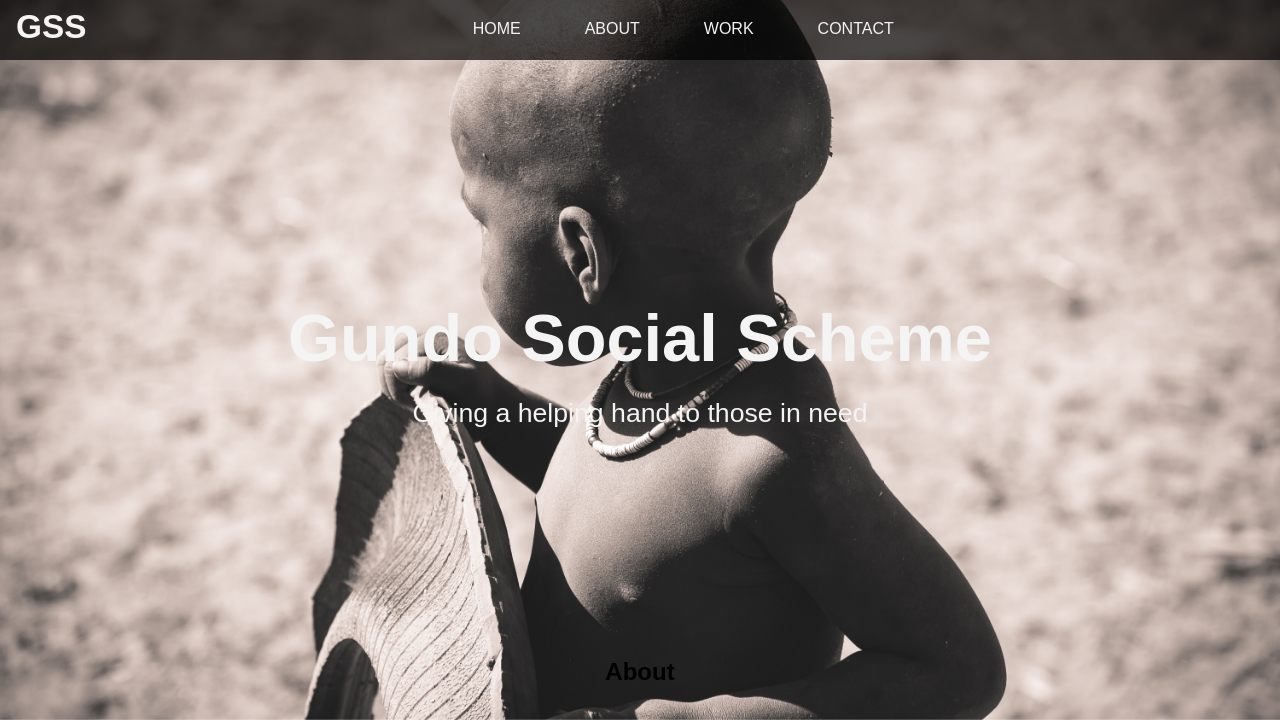
Repository: blessingNtoko/gss-basic_website
Page: index.html
An editor plug-in stored every save of this project. The page is shown before and after the next save, followed by the edit.
The browser window is 1280 px wide. The pictures show the whole page.
An inner scrolling area shows only its first screen.

Above is the page before, as saved 2020-05-13 17:54:12.

### index.html
<!DOCTYPE html>
<html lang="en">

<head>
    <meta charset="UTF-8">
    <meta name="viewport" content="width=device-width, initial-scale=1.0">
    <title>Gundo Social Scheme</title>
    <link rel="stylesheet" href="style.css">
</head>

<body>
    <div class="allContain">
        <nav class="navbar">
            <h1><a href="#home">GSS</a></h1>
            <ul>
                <li>
                    <a href="#home">Home</a>
                </li>
                <li>
                    <a href="#about">About</a>
                </li>
                <li>
                    <a href="#work">Work</a>
                </li>
                <li>
                    <a href="#contact">Contact</a>
                </li>
            </ul>
        </nav>

        <section id="home">
            <h1>Gundo Social Scheme</h1>
            <p>Giving a helping hand to those in need</p>

        </section>

        <section id="about">
            <div class="container">
                <h1>About</h1>
                <div class="row">
                    <div class="col">
                        <img src="assets/images/temp1.jpg" alt="About image">
                    </div>
                    <div class="col">
                        <p>
                            Lorem ipsum dolor sit amet consectetur adipisicing elit. Dolore quia, nisi provident aperiam excepturi quas officiis, quam ipsa molestiae nostrum magni. Sed at maiores placeat rerum deserunt ea perspiciatis modi omnis inventore maxime sunt ratione quos
                            nihil quidem nam suscipit sint, mollitia et odit. Repellat tempore nemo mollitia, quasi dolorum optio vel voluptates hic sunt. Soluta ea voluptatibus provident quasi, consectetur incidunt quas quia. Tenetur tempora iure adipisci
                            voluptatum velit quia voluptatibus, soluta iste fugit sequi, repellendus placeat nostrum minus modi ipsum, corporis exercitationem doloribus voluptatem distinctio cumque mollitia debitis consequatur sit. Reprehenderit animi
                            natus, facilis voluptas fugiat excepturi illum.
                        </p>
                    </div>
                </div>
                <div class="row">
                    <div class="col">
                        <p>
                            Lorem ipsum dolor sit amet consectetur adipisicing elit. Consequatur eveniet, dignissimos est fugit harum provident nobis corrupti architecto ipsam culpa quibusdam quidem reprehenderit. Neque eum reprehenderit ut illo sed mollitia odit cupiditate vel
                            perspiciatis, provident ab non, earum error tenetur quia, at minus nemo adipisci quo? Velit atque aspernatur saepe quia quibusdam a ad laboriosam sit temporibus, sint neque rerum nemo nam assumenda ea omnis harum molestiae,
                            itaque rem? Animi incidunt assumenda aspernatur impedit corrupti saepe possimus aperiam neque dolor minus! Corporis odit nostrum sequi beatae enim voluptas, vitae reiciendis nulla fuga quod, tempore, non explicabo rerum praesentium
                            eligendi rem.
                        </p>
                    </div>
                    <div class="col">
                        <img src="assets/images/temp2.jpg" alt="About image">
                    </div>
                </div>
            </div>
        </section>

        <div class="fixedScroll fixedScroll1">
            <div class="fixedText">
                <span class="border trans">
                    Image Two text
                </span>
            </div>
        </div>

        <section id="work">
            <div class="container">
                <h1>Work</h1>
                <div class="row">
                    <div class="col">
                        <img src="assets/images/workImages/work1.jpeg" alt="">
                    </div>
                    <div class="col">
                        <img src="assets/images/workImages/work2.jpeg" alt="">

                    </div>
                    <div class="col">
                        <img src="assets/images/workImages/work3.jpeg" alt="">

                    </div>

                    <div class="col">
                        <img src="assets/images/workImages/work4.jpeg" alt="">

                    </div>
                    <div class="col">
                        <img src="assets/images/workImages/work5.jpeg" alt="">

                    </div>
                    <div class="col">
                        <img src="assets/images/workImages/work6.jpeg" alt="">

                    </div>
                    <div class="col">
                        <img src="assets/images/workImages/work7.jpeg" alt="">

                    </div>
                    <div class="col">
                        <img src="assets/images/workImages/work8.jpeg" alt="">

                    </div>
                    <div class="col">
                        <img src="assets/images/workImages/work9.jpeg" alt="">

                    </div>
                    <div class="col">
                        <img src="assets/images/workImages/work10.jpeg" alt="">

                    </div>
                </div>
            </div>
        </section>

        <div class="fixedScroll fixedScroll2">
            <div class="fixedText">
                <span class="border trans">
                    Image Two text
                </span>
            </div>
        </div>

        <section id="contact">
            <div class="container">
                <div class="row">
                    <div class="col">
                        <img src="" alt="">
                    </div>
                    <div class="col">

                    </div>
                    <div class="col">

                    </div>
                </div>
            </div>
            <footer>

            </footer>
        </section>
    </div>

</body>

</html>

### style.css
* {
    margin: 0;
    padding: 0;
}

body {
    font-family: Arial, Helvetica, sans-serif;
    line-height: 1.6;
    height: 100vh;
    overflow: hidden;
}

.allContain {
    width: 100%;
    height: 100%;
    /* CSS smooth scroll properties */
    overflow-y: scroll;
    scroll-behavior: smooth;
    scroll-snap-type: y mandatory;
}

.navbar {
    position: fixed;
    top: 0;
    z-index: 1;
    display: flex;
    width: 100%;
    height: 60px;
    background: rgba(0, 0, 0, 0.7);
}

.navbar h1 {
    color: white;
    font-size: 25pt;
    margin-left: 1rem;
}

.navbar h1 a {
    text-decoration: none;
    text-transform: uppercase;
    color: #f4f4f4;
}

.navbar h1 a:hover {
    color: rgb(63, 63, 196);
}

.navbar ul {
    display: flex;
    list-style: none;
    width: 100%;
    justify-content: center;
}

.navbar ul li {
    margin: 0 1rem;
    padding: 1rem;
}

.navbar ul li a {
    text-decoration: none;
    text-transform: uppercase;
    color: #f4f4f4;
}

.navbar ul li a:hover {
    color: rgb(63, 63, 196);
}

section {
    display: flex;
    flex-direction: column;
    align-items: center;
    justify-content: center;
    text-align: center;
    width: 100%;
    height: 100vh;
    scroll-snap-align: center;
}

#home {
    background-image: url(assets/images/tempy4.jpg);
    background-position: center;
    background-repeat: no-repeat;
    background-size: cover;
    background-attachment: fixed;
    color: #f4f4f4;
}

#home h1 {
    font-size: 50pt;
}

#home p {
    font-size: 20pt;
}

#about {
    margin-top: 3rem;
}

#about img {
    text-align: center;
    width: 35rem;
    height: 25rem;
}

.fixedScroll {
    position: relative;
    opacity: 0.7;
    background-position: center;
    background-size: cover;
    background-repeat: no-repeat;
    background-attachment: fixed;
}

.fixedScroll1 {
    background-image: url(assets/images/tempy5.jpg);
    min-height: 400px;
}

.fixedScroll2 {
    background-image: url(assets/images/tempy6.jpg);
    min-height: 400px;
}

#about .row {
    display: flex;
    flex-direction: row;
    justify-content: center;
    margin-top: 3rem;
}

#work .row {
    display: flex;
    flex-direction: row;
    flex-wrap: wrap;
    justify-content: space-evenly;
    align-items: center;
}

#work .row img {
    width: 20rem;
    height: 25rem;
    line-height: 1rem;
}

After the next save:
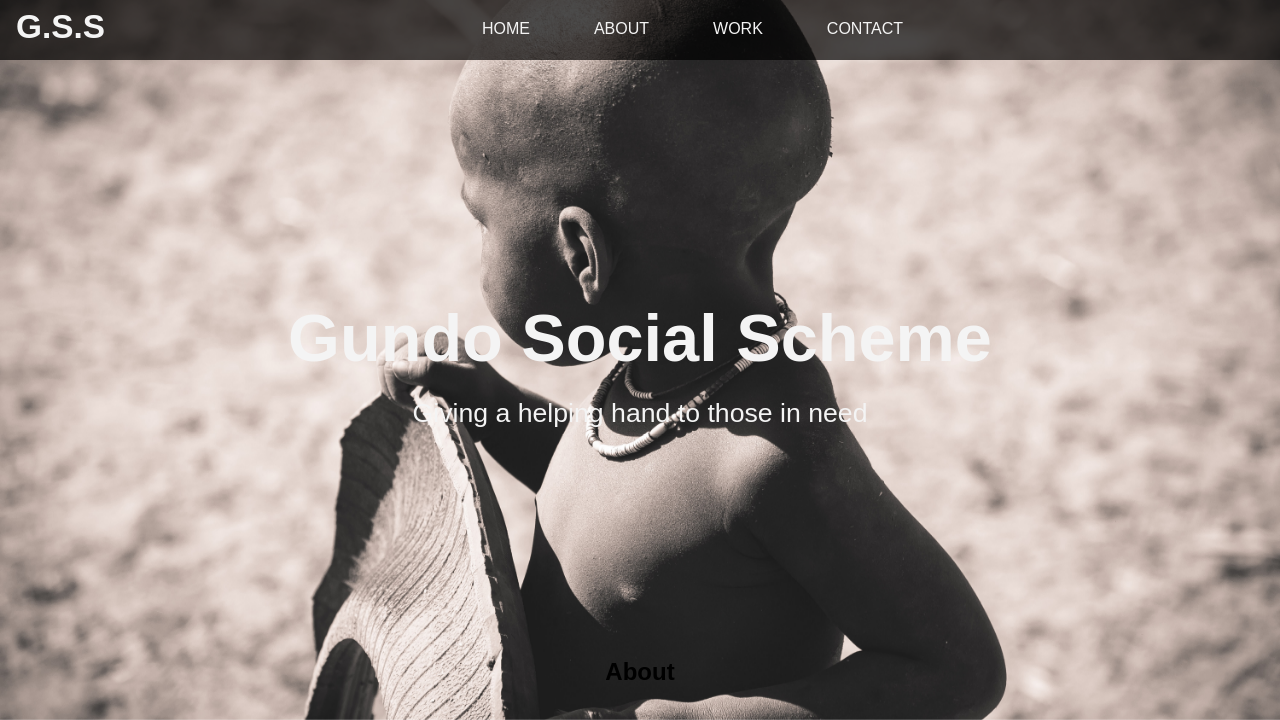
Saved 6 min 39 s later.
--- a/index.html
+++ b/index.html
@@ -11,7 +11,7 @@
 <body>
     <div class="allContain">
         <nav class="navbar">
-            <h1><a href="#home">GSS</a></h1>
+            <h1><a href="#home">G.S.S</a></h1>
             <ul>
                 <li>
                     <a href="#home">Home</a>
@@ -132,6 +132,7 @@
 
         <section id="contact">
             <div class="container">
+                <h1>Contact</h1>
                 <div class="row">
                     <div class="col">
                         <img src="" alt="">
